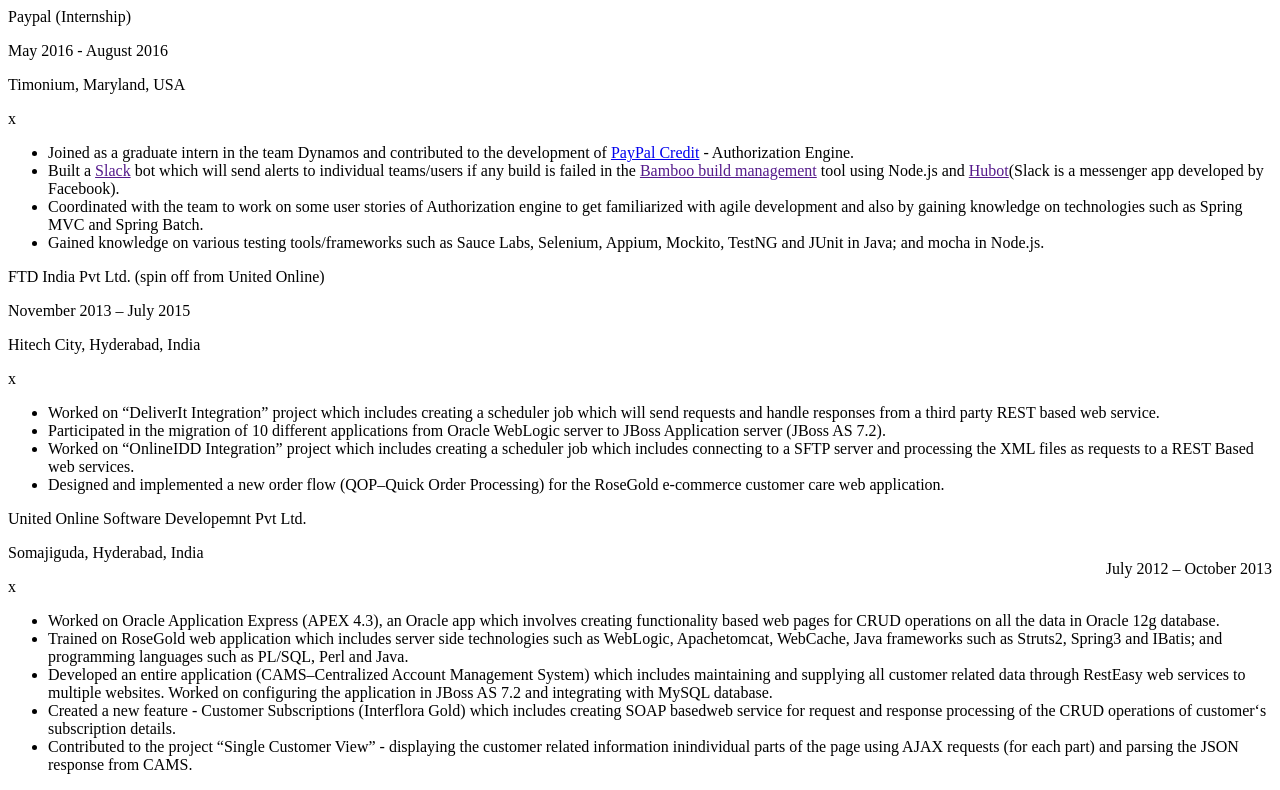
Repository: phanindrakannaji/Resume
Page: http://localhost/application/pages/experience.php
These files come from the project's save history. The page is drawn as it stood at one moment and after the next save; the edit follows.
The browser window is 1280 px wide. The pictures show the whole page.
The page is run by PHP 8.4 with error messages shown; the project is at /var/www/html/.

Above is the page before, as saved 2016-09-25 16:59:10.
Console error: ReferenceError: $ is not defined

After the next save:
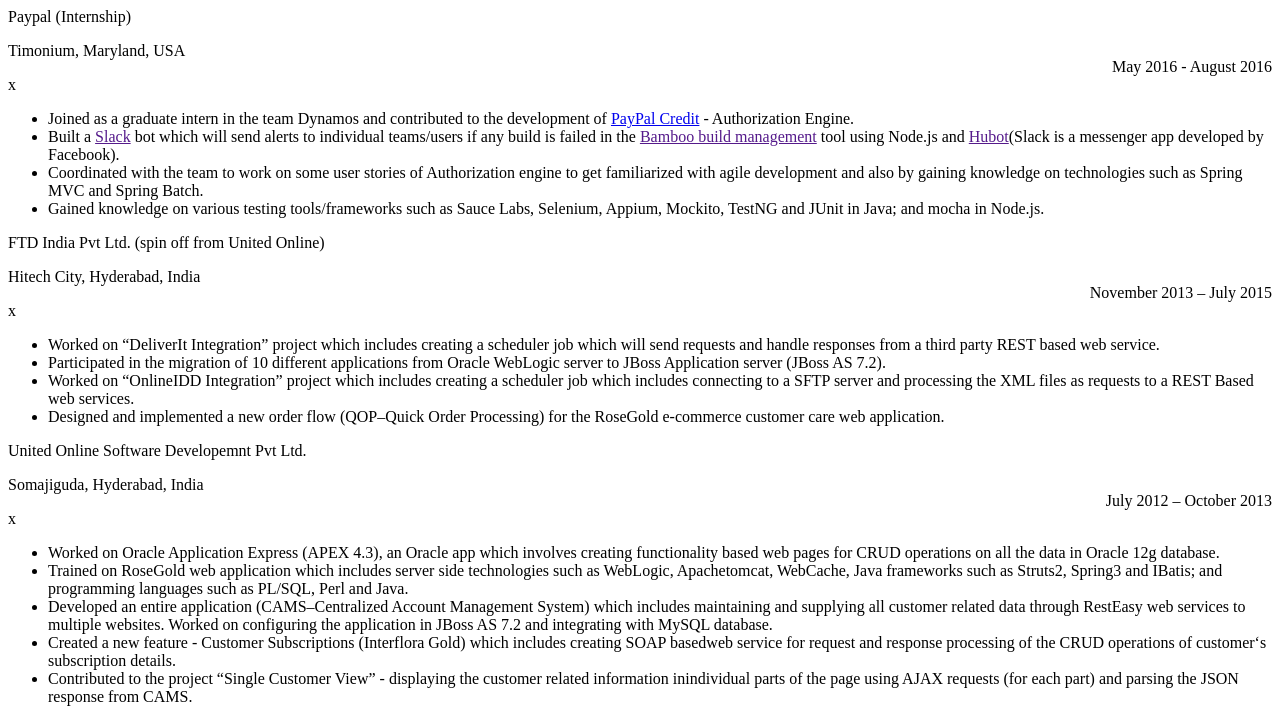
Saved 19 s later.
--- a/Resume/application/pages/experience.php
+++ b/Resume/application/pages/experience.php
@@ -3,7 +3,7 @@
 <div class="divExperience customfont2">
 	<div class="divExperienceHeading">
 		<p class="expHeading expHeadingContent">Paypal (Internship)</p>
-		<p class="expHeadingContent">May 2016 - August 2016</p>
+		<p class="expHeadingContent" style="float: right;">May 2016 - August 2016</p>
 		<p class="expHeadingContent divExperiencelocation ">Timonium,
 			Maryland, USA</p>
 	</div>
@@ -38,7 +38,7 @@
 	<div class="divExperienceHeading">
 		<p class="expHeading expHeadingContent">FTD India Pvt Ltd. (spin off
 			from United Online)</p>
-		<p class="expHeadingContent">November 2013 – July 2015</p>
+		<p class="expHeadingContent" style="float: right;">November 2013 – July 2015</p>
 		<p class=" expHeadingContent divExperiencelocation ">Hitech City,
 			Hyderabad, India</p>
 	</div>
